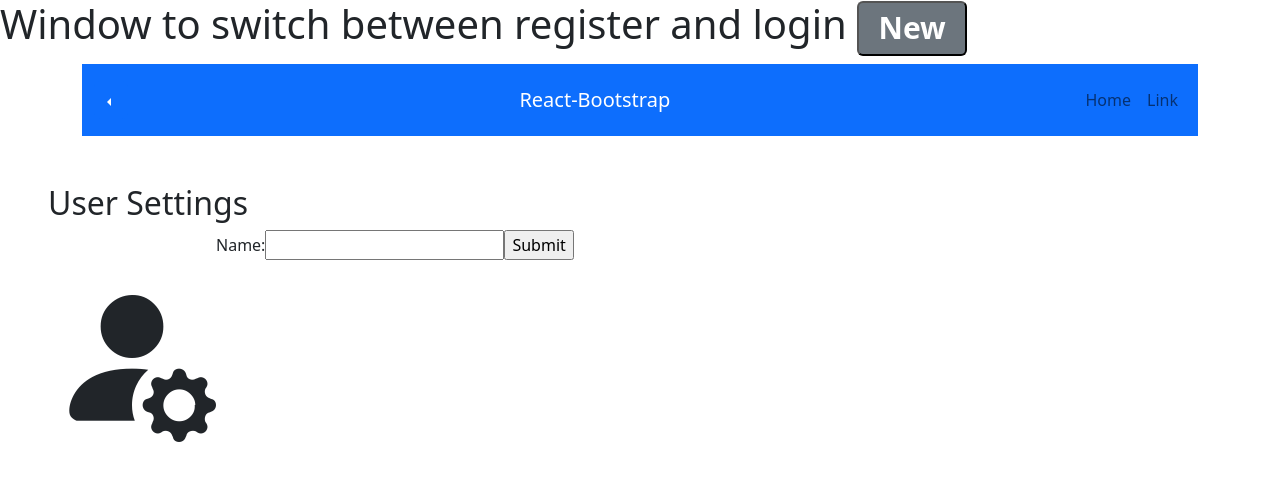
Repository: christenis98/RealWorldApp
Page: / (app in bank-frontend/)
These files come from the project's save history. The page is drawn as it stood at one moment and after the next save; the edit follows.
The browser window is 1280 px wide. The pictures show the whole page.
The project was rebuilt for these pictures with package versions that can differ from the ones it lists, and the page was loaded fresh each time. Also part of the build but not shown: bank-frontend/src/App.css.

Above is the page before, as saved 2022-11-24 12:22:06.

After the next save:
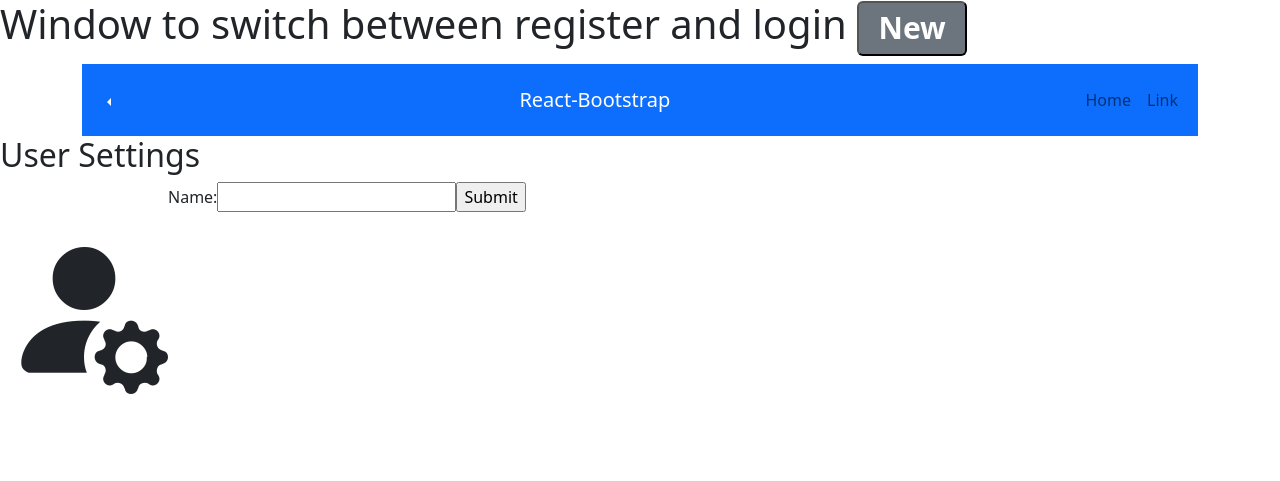
Saved 42 s later.
--- a/bank-frontend/src/js/UserSettings.jsx
+++ b/bank-frontend/src/js/UserSettings.jsx
@@ -2,7 +2,7 @@ import React from 'react'
 
 function UserSettings() {
     return (
-        <div class="d-flex flex-column bd-highlight mb-3 p-5">
+        <div class="d-flex flex-column bd-highlight mb-3 mx-auto">
             <h2>User Settings</h2>
             <div class="d-flex flex-row bd-highlight mb-3">
                 <i class="bi bi-person-fill-gear" style={{ fontSize: "1050%" }}></i>
